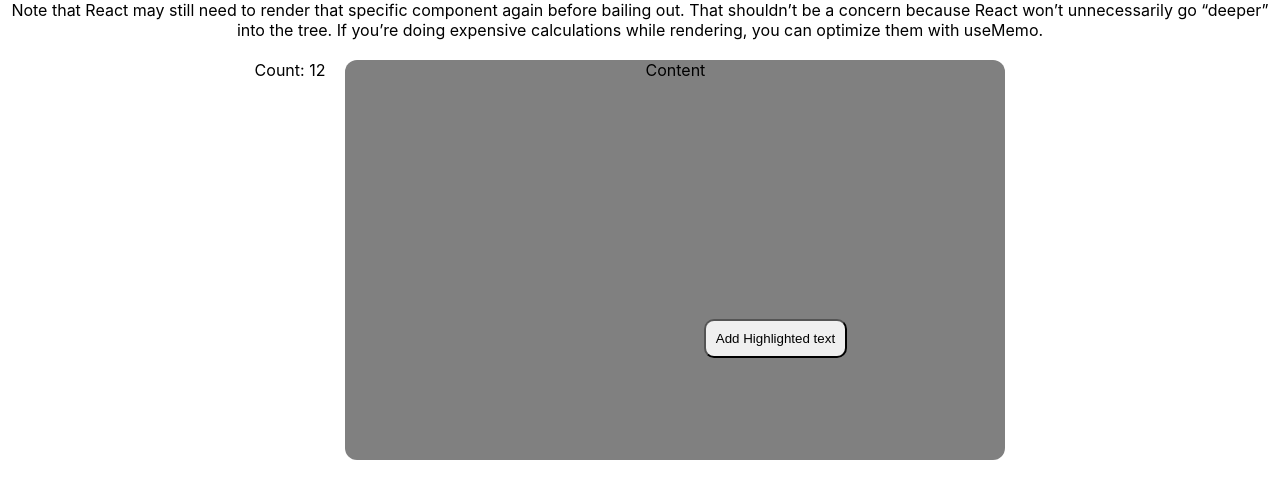
Repository: Farbod29/React-text-highlighter-with-hook-
Page: /
These files come from the project's save history. The page is drawn as it stood at one moment and after the next save; the edit follows.
The browser window is 1280 px wide. The pictures show the whole page.
The project was rebuilt for these pictures with package versions that can differ from the ones it lists, and the page was loaded fresh each time.

Above is the page before, as saved 2022-02-18 21:34:08.

### src/App.js
import './App.css';
import Highlighter from './highlighter';
function App() {
  return (
    <div className="App">
      <Highlighter />
    </div>
  );
}

export default App;

### src/highlighter.js
import React, { useEffect, useState } from 'react';

export default function Highlighter() {
  let doit = () => {
    document.onmouseup = () => {
      console.log(window.getSelection().toString());
    };
  };
  const [count, setCount] = useState(12);
  return (
    <>
      <div>
        {' '}
        Note that React may still need to render that specific component again
        before bailing out. That shouldn’t be a concern because React won’t
        unnecessarily go “deeper” into the tree. If you’re doing expensive
        calculations while rendering, you can optimize them with useMemo.
      </div>
      Count: {count}
      {/* <button onClick={() => setCount((prevCount) => prevCount - 1)}>-</button> */}
      <div
        style={{
          padding: '0px 10px',
          height: '400px',
          width: '50vw',
          margin: '20px',
          borderRadius: '12px',
          backgroundColor: 'gray',
          inline: true,
          fontColor: 'red',
          display: 'inline-block',
          textAlign: 'center',
          position: 'relative',
        }}
      >
        Content
        <div style={{ position: 'absolute', bottom: '8vw', left: '28vw' }}>
          <button
            style={{ padding: '10px', borderRadius: '10px' }}
            onClick={() => setCount(12)}
          >
            {' '}
            Add Highlighted text{' '}
          </button>
        </div>
      </div>
      {doit()}
    </>
  );
}

Loaded but not shown: public/index.html (common file); src/index.js (common file); src/index.css (common file); src/reportWebVitals.js (common file); src/App.css (common file)

After the next save:
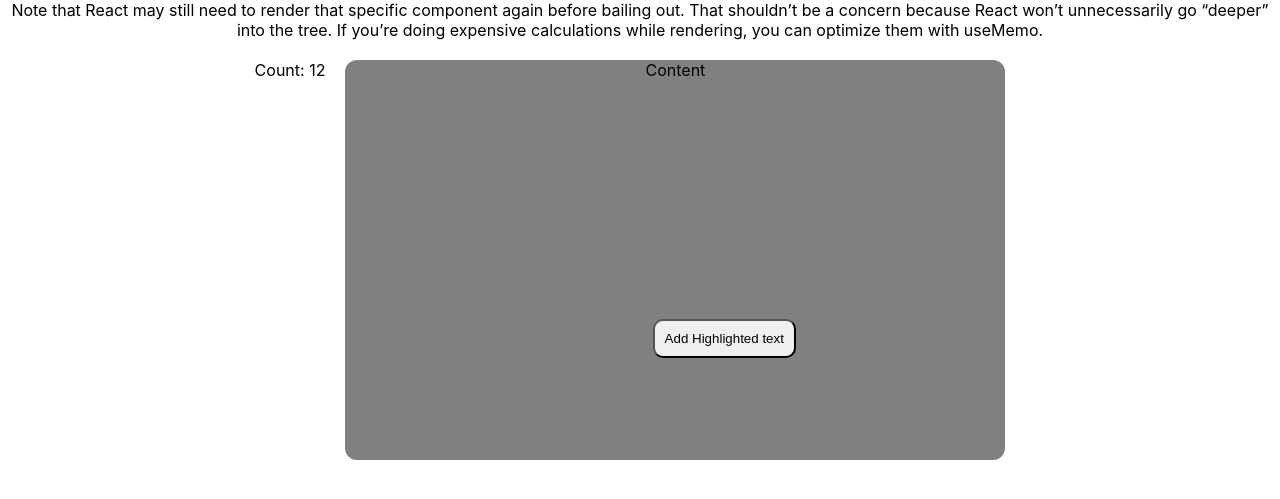
Saved 31 s later.
--- a/src/highlighter.js
+++ b/src/highlighter.js
@@ -34,7 +34,7 @@ export default function Highlighter() {
         }}
       >
         Content
-        <div style={{ position: 'absolute', bottom: '8vw', left: '28vw' }}>
+        <div style={{ position: 'absolute', bottom: '8vw', left: '24vw' }}>
           <button
             style={{ padding: '10px', borderRadius: '10px' }}
             onClick={() => setCount(12)}
